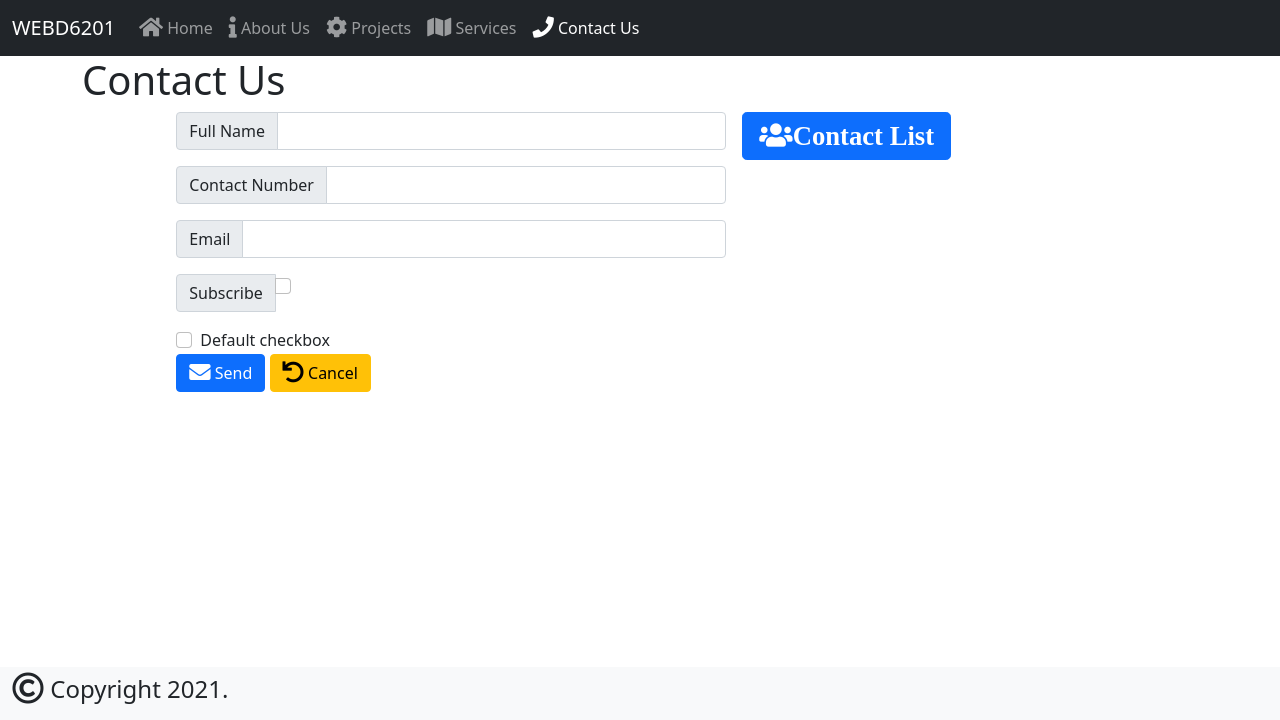
Repository: GarlicButterBoy/WEBD6201-ICE03
Page: contact.html
The author's editor kept a copy of each file at every save. The page is drawn from the files as they stood at one save, then again after the next save.
The browser window is 1280 px wide. The pictures show the whole page.

Above is the page before, as saved 2021-02-04 09:05:15.

After the next save:
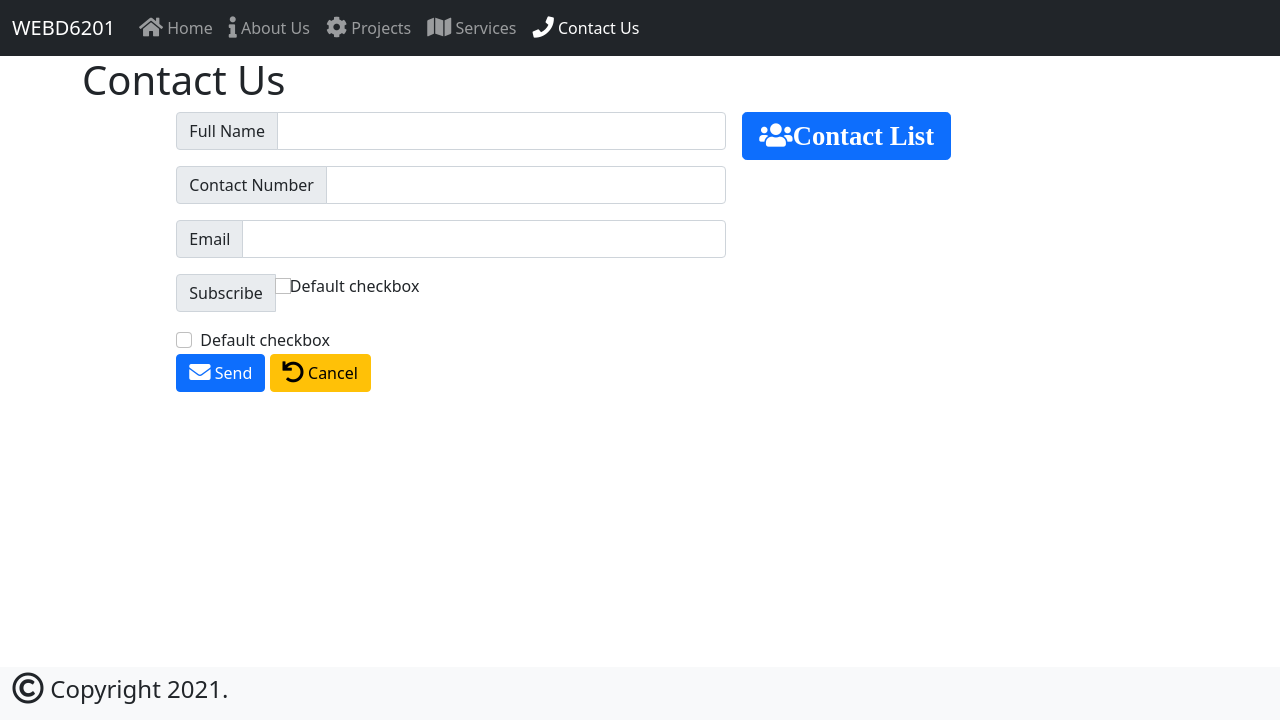
Saved 13 s later.
--- a/contact.html
+++ b/contact.html
@@ -75,6 +75,9 @@
 <div class="input-group mb-3">
   <span class="input-group-text" id="inputGroup-sizing-default">Subscribe</span>
   <input class="form-check-input" type="checkbox" value="" id="flexCheckDefault">
+  <label class="form-check-label" for="flexCheckDefault">
+    Default checkbox
+  </label>
 </div>
 
             <div class="form-check">
